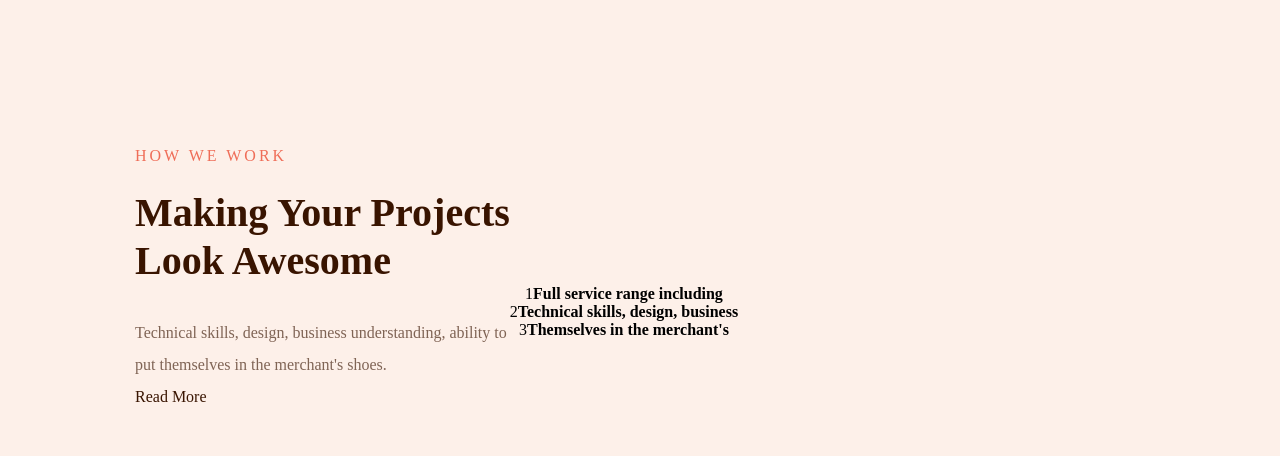
Repository: kubrazamanova/Project-3
Page: index.html
An editor plug-in stored every save of this project. The page is shown before and after a run of saves, followed by the edit.
The browser window is 1280 px wide. The pictures show the whole page.

Above is the page before, as saved 2023-09-13 19:21:25.

### index.html
<!DOCTYPE html>
<html lang="en">
  <head>
    <meta charset="UTF-8" />
    <meta name="viewport" content="width=device-width, initial-scale=1.0" />
    <link rel="stylesheet" href="index.css" />
    <title>Document</title>
  </head>
  <body>
    <div class="container">
   <div class="text-container">
    <h1>How we work</h1>
    <h2>
      Making Your Projects <br />
      Look Awesome
    </h2>
    <p>
      Technical skills, design, business understanding, ability to <br />
      put themselves in the merchant's shoes.
    </p>
    <a href="#">Read More</a>

   </div>


        <ul>
          <li>
            <span>1</span>
            <h4>Full service range including</h4>
          </li>
          <li>
            <span>2</span>
            <h4>Technical skills, design, business</h4>
          </li>
          <li>
            <span>3</span>
            <h4>Themselves in the merchant's</h4>
          </li>
        </ul>

    </div>
  </body>
</html>

### index.css
* {
  margin: 0;
  padding: 0;
  box-sizing: border-box;
}

.container {
  padding: 140px 0 236px 135px;
  min-height: 100vh;
  background-color: #fdf0e9;
  display: flex;
}
.container h1 {
  color: var(--Text_Dark_Accent, #ef6d58);
  font-feature-settings: "clig" off, "liga" off;
  font-family: Epilogue;
  font-size: 16px;
  font-style: normal;
  font-weight: 400;
  line-height: 32px;
  letter-spacing: 3px;
  text-transform: uppercase;
}
.container h2 {
  margin-top: 17px;
  color: var(--Text_Dark, #391400);
  font-feature-settings: "clig" off, "liga" off;
  font-family: Epilogue;
  font-size: 40px;
  font-style: normal;
  font-weight: 800;
  line-height: 48px;
}

.container p {
  margin-top: 32px;
  color: var(--Text_Dark_Gray, rgba(57, 20, 0, 0.64));
  font-feature-settings: "clig" off, "liga" off;
  font-family: Epilogue;
  font-size: 16px;
  font-style: normal;
  font-weight: 400;
  line-height: 32px;
}

.container a {
  margin-top: 28px;
  color: var(--Text_Dark, #391400);
  font-feature-settings: "clig" off, "liga" off;
  font-family: Epilogue;
  font-size: 16px;
  font-style: normal;
  font-weight: 400;
  line-height: 32px;
  text-decoration: none;
}

.container ul {
display: flex;
align-items: center;
justify-content: center;
flex-direction: column;

}

.container  ul li {
  display: flex;
    align-items: center;
  list-style-type: none;
}

.container  .lesson ul li span {
    margin-right: 66px;
  color: #391400;
  font-feature-settings: "clig" off, "liga" off;
  font-family: Epilogue;
  font-size: 72px;
  font-style: normal;
  font-weight: 800;
  line-height: 80px;
  letter-spacing: -2px;
}

.lesson ul li h4 {
  color: var(--Text_Dark, #391400);
  font-feature-settings: "clig" off, "liga" off;
  font-family: Epilogue;
  font-size: 24px;
  font-style: normal;
  font-weight: 700;
  line-height: 32px;
}

After the next 2 saves:
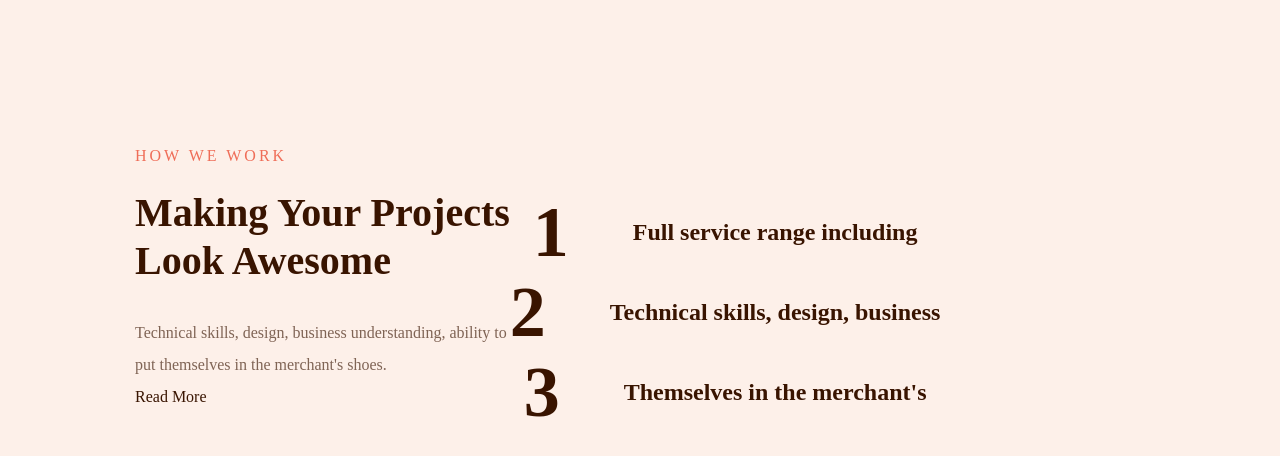
The 2 saves are shown as one change because they came seconds apart.
The last was saved 8 s later.
--- a/index.css
+++ b/index.css
@@ -69,7 +69,7 @@ flex-direction: column;
   list-style-type: none;
 }
 
-.container  .lesson ul li span {
+.container   ul li span {
     margin-right: 66px;
   color: #391400;
   font-feature-settings: "clig" off, "liga" off;
@@ -81,7 +81,7 @@ flex-direction: column;
   letter-spacing: -2px;
 }
 
-.lesson ul li h4 {
+.container ul li h4 {
   color: var(--Text_Dark, #391400);
   font-feature-settings: "clig" off, "liga" off;
   font-family: Epilogue;
